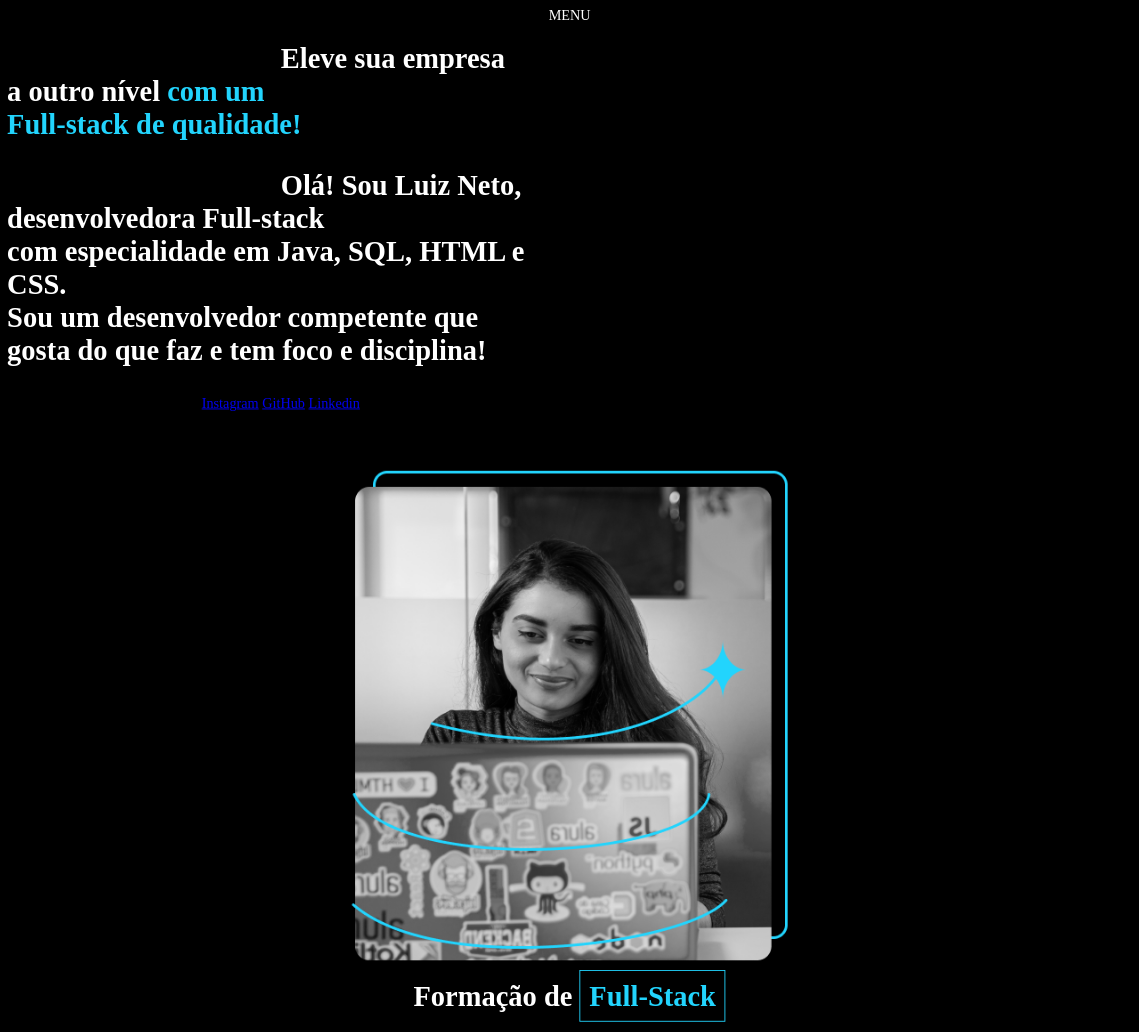
Repository: luiz123098/Sobre-mim-em-HTM-CSS
Page: htmlcss.html
These files come from the project's save history. The page is drawn as it stood at one moment and after the next save; the edit follows.
The browser window is 1280 px wide. The pictures show the whole page, at 89% of full size.

Above is the page before, as saved 2023-03-08 14:09:36.

### htmlcss.html
</html>
<!DOCTYPE html>
<html lang="pt-br">
<head>
    <meta charset="UTF-8">
    <meta http-equiv="X-UA-Compatible" content="IE=edge">
    <meta name="viewport" content="width=device-width, initial-scale=1.0">
    <title>Projeto Estudos</title>
    <link rel="stylesheet" href="style.Css">
</head>
<body>
    <header>MENU</header>
    <main>
        <div
            class="parte_esquerda">
            <h1 style="text-align: left; text-indent: 50%;">
                Eleve sua empresa<br>
                a outro nível
                <strong
                    class="texto_em_destaque">
                    com um<br>Full-stack de qualidade!
                </strong>
                <p class="biografia">
                    Olá! Sou Luiz Neto, desenvolvedora Full-stack<br>
                    com especialidade em Java, SQL, HTML e CSS.<br>
                    Sou um desenvolvedor competente que<br>
                    gosta do que faz e tem foco e disciplina!
                </p>
            </h1>
            <a href="https://www.instagram.com/luiz.alencar2/">
                Instagram</a>
            <a href="https://github.com/luiz123098">
                GitHub</a>
            <a href="https://www.linkedin.com/in/luiz-neto-alencar-b843651a9/">
                Linkedin</a>
        </div>

        <img src="Imagem.png" alt="Não foi possivel encontrar a imagem">

        <h1 class="texto_editado">Formação de <span class="formacao">Full-Stack</span></h1>

    </main>
    <footer>

    </footer>
</body>

### style.Css
body{
    background-color: black;
    color: white;
    text-align: center;
}

.biografia{
    text-align: left;
}

.texto_em_destaque{
    color: #22D4FD;
}

.texto_editado{
    font-weight: bold;
}

.formacao{
    color: #22D4FD;
    border: 1px solid #22D4FD;
    padding: 10px;
}

.parte_esquerda{
    height: 482px;
width: 615px;
left: 357px;
top: 278px;
border-radius: [object Object]px;
}

After the next save:
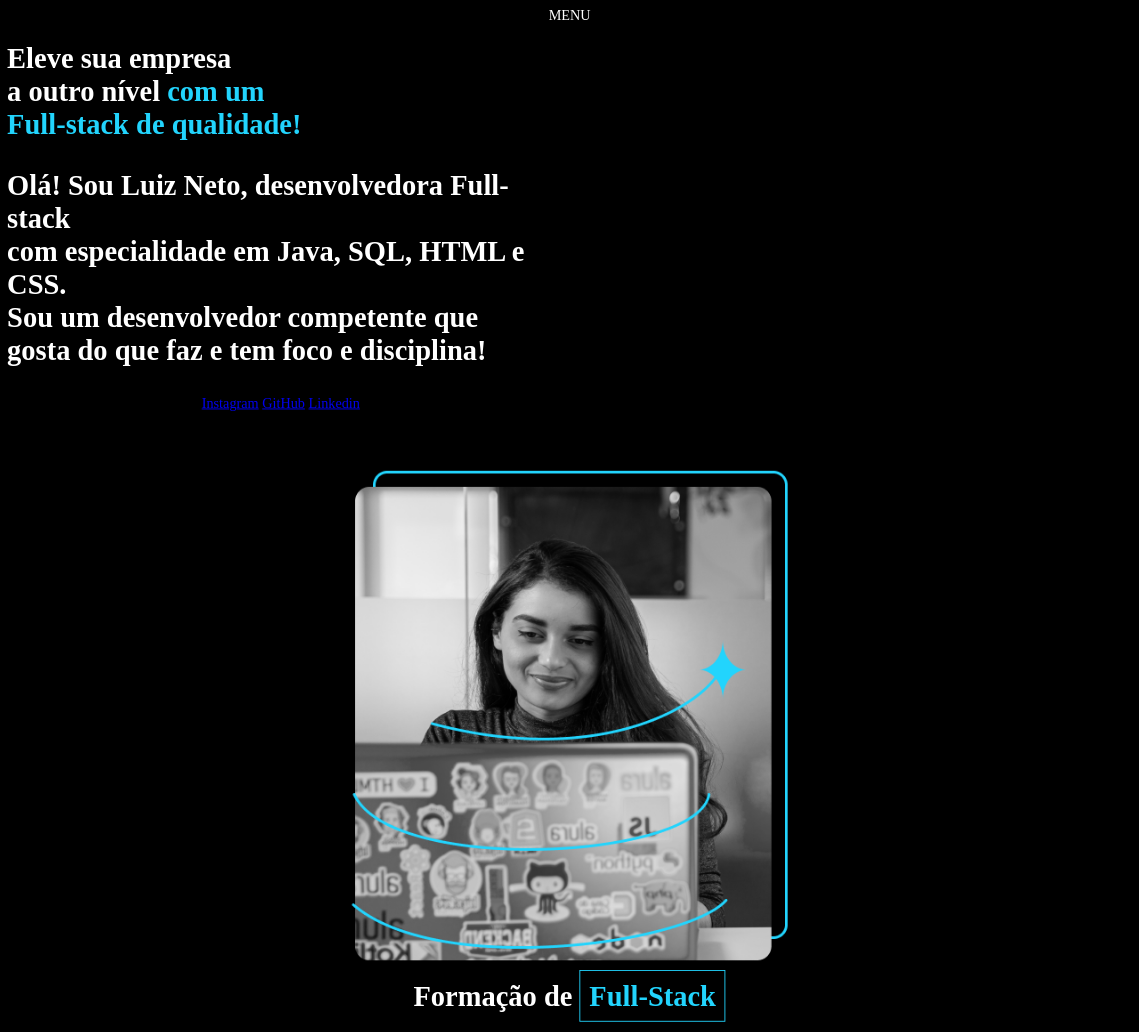
Saved 35 s later.
--- a/htmlcss.html
+++ b/htmlcss.html
@@ -13,7 +13,7 @@
     <main>
         <div
             class="parte_esquerda">
-            <h1 style="text-align: left; text-indent: 50%;">
+            <h1 style="text-align: left; text-justify: auto;">
                 Eleve sua empresa<br>
                 a outro nível
                 <strong
